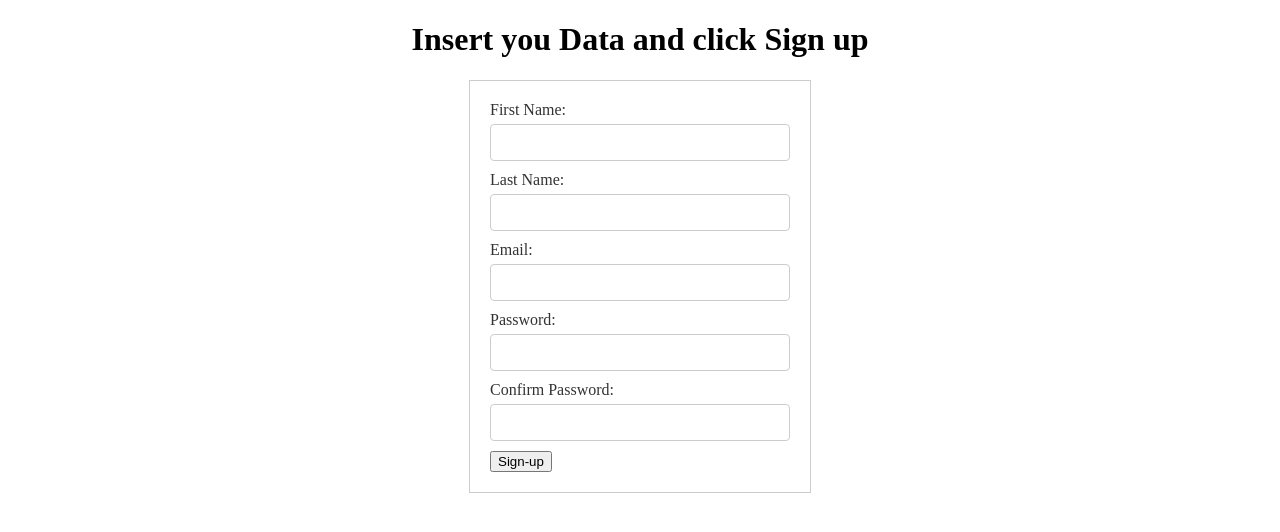
Repository: GiuuGpEEp/TerzoAnnoUni
Page: SAW/Esercizi/Form/Form.html
An editor plug-in stored every save of this project. The page is shown before and after a run of saves, followed by the edit.
The browser window is 1280 px wide. The pictures show the whole page.

Above is the page before, as saved 2024-11-18 22:39:57.

After the next 2 saves:
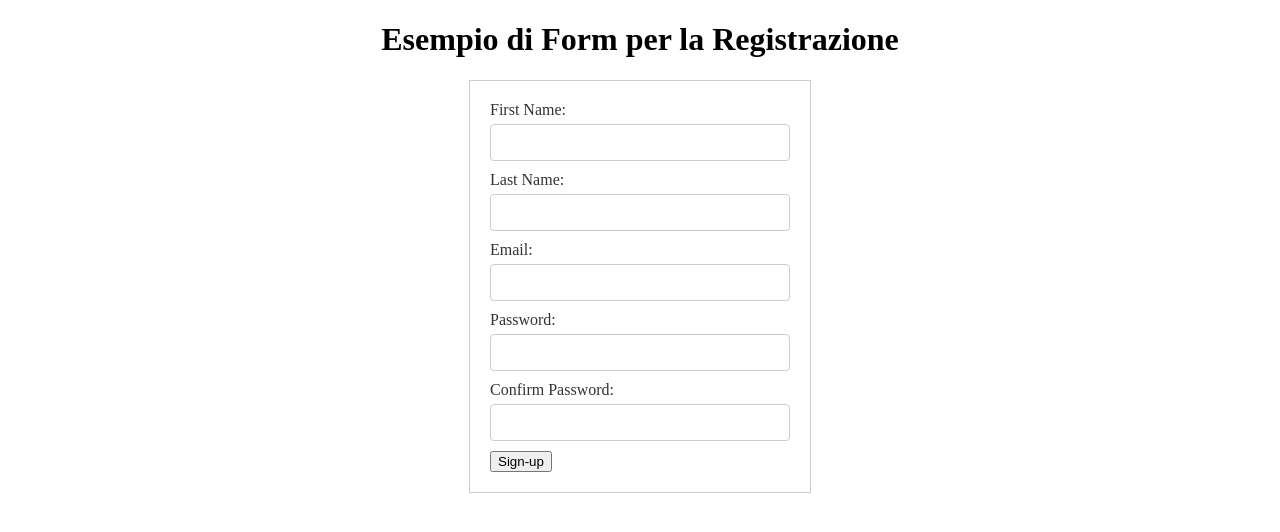
The 2 saves are shown as one change because they came seconds apart.
The last was saved 42 s later.
--- a/SAW/Esercizi/Form/Form.html
+++ b/SAW/Esercizi/Form/Form.html
@@ -40,7 +40,7 @@
         </style>
     </head>
     <body>
-        <h1>Insert you Data and click Sign up</h1>
+        <h1>Esempio di Form per la Registrazione</h1>
         <form action="registration.php" method="post">
             <div><label for="firstname">First Name:</label>
             <input type="text" name="firstname" id="firstname"></div>
